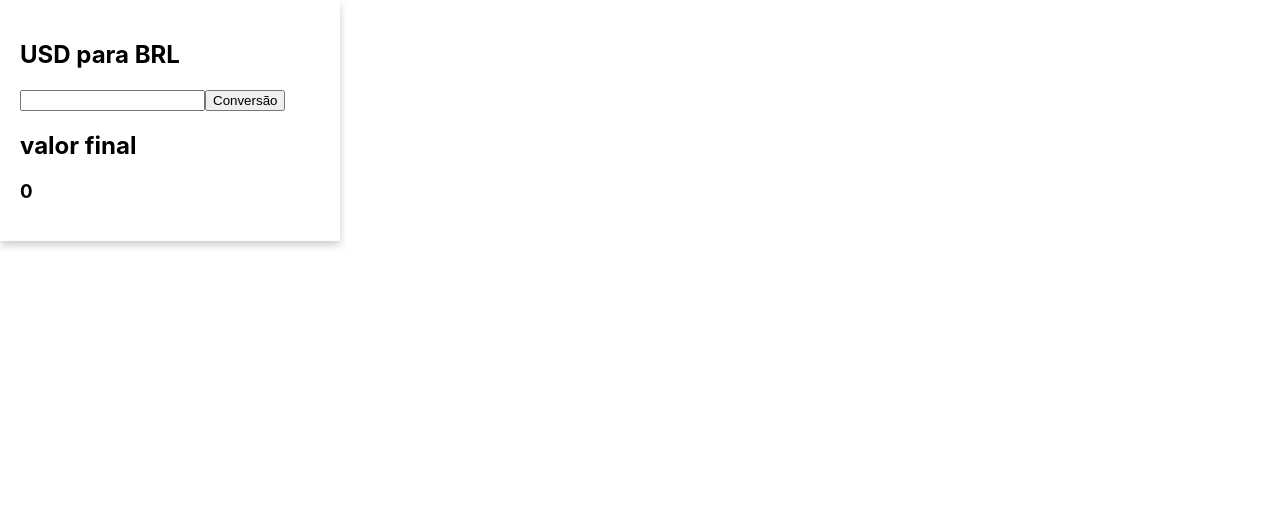
Repository: DeanLemosXD/Currency-converter
Page: /
An editor plug-in stored every save of this project. The page is shown before and after the next save, followed by the edit.
The browser window is 1280 px wide. The pictures show the whole page.
The project was rebuilt for these pictures with package versions that can differ from the ones it lists, and the page was loaded fresh each time. Also part of the build but not shown: src/App.css.

Above is the page before, as saved 2021-10-19 14:26:46.

### src/App.js
import './App.css';
import Conversor from './components/Conversor';

function App() {
  return (
    <div className="App">
      <Conversor moedaA="USD" moedaB="BRL"></Conversor>
    </div>
  );
}

export default App;

### src/components/Conversor.js
import React, { Component } from 'react'
import './conversor.css'
export default class Conversor extends Component {

    // eslint-disable-next-line no-useless-constructor
    constructor(props){
        super(props);

        this.state = {
            moedaA_Valor:"",
            moedaB_Valor:0,

        }

        this.converter = this.converter.bind(this)
    }

    converter(){

        let de_para = `${this.props.moedaA}_${this.props.moedaB}`;
        let url = `http://free.currconv.com/api/v7/convert?q=${de_para}&compact=ultra&apiKey=0d7e32903cad9cf7460c`
        //console.log(url)
        fetch(url).then(res=>{
            return res.json()
        })
        .then(json=>{

            let cotacao = json[de_para];
            let moedaB_Valor = (parseFloat(this.state.moedaA_Valor) * cotacao).toFixed(2)
            this.setState({moedaB_Valor})
        })
    }
    render(){
        return (
            <div className="conversor">
                <h2>{this.props.moedaA} para {this.props.moedaB}</h2>
                <input type="text" onChange={(event)=>{this.setState({moedaA_Valor:event.target.value})}}></input>
                <input type="button" value="Conversão" onClick={this.converter}></input>
                <h2>valor final</h2>
                <h3>{this.state.moedaB_Valor}</h3>
            </div>
        )
    }
}

### src/components/conversor.css
.conversor{
        padding: 20px;
        max-width: 300px;
        box-shadow: 0 4px 8px 0 rgba(0, 0, 0, 0.2);
}

Loaded but not shown: public/index.html (common file); src/index.js (common file); src/index.css (common file); src/reportWebVitals.js (common file)

After the next save:
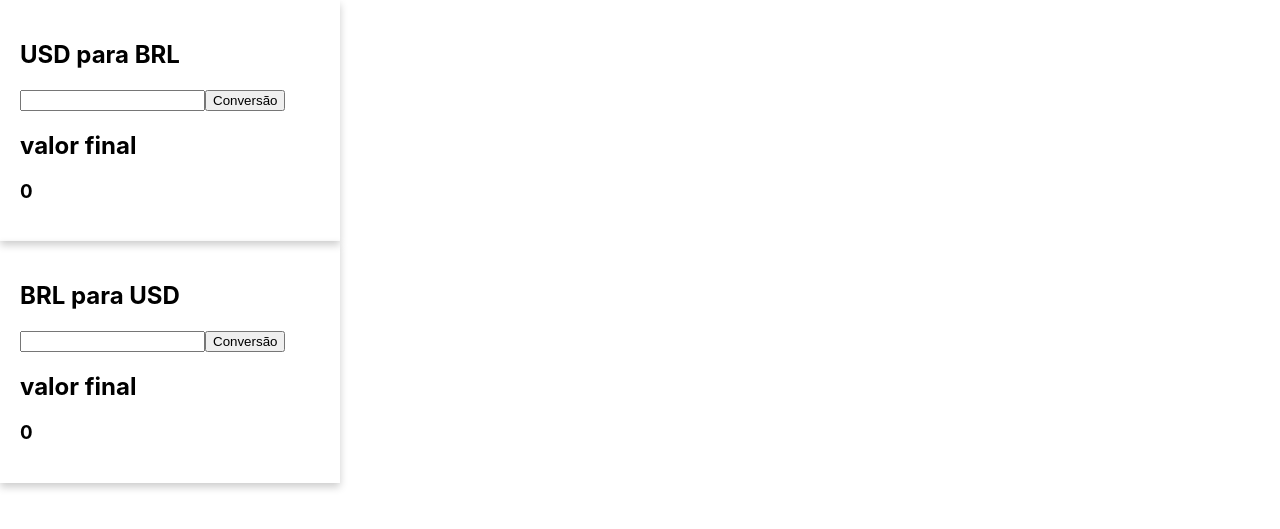
Saved 3 h 37 min later.
--- a/src/App.js
+++ b/src/App.js
@@ -5,6 +5,7 @@ function App() {
   return (
     <div className="App">
       <Conversor moedaA="USD" moedaB="BRL"></Conversor>
+      <Conversor moedaA="BRL" moedaB="USD"></Conversor>
     </div>
   );
 }
